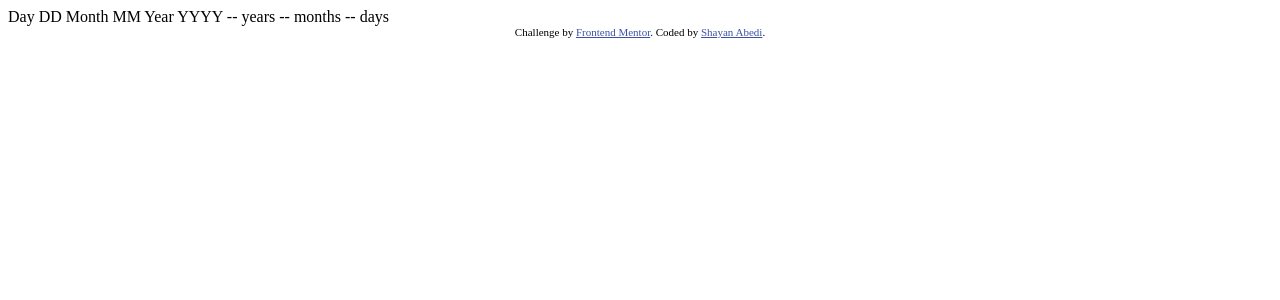
Repository: shayanabedi98/age-calculator
Page: index.html
An editor plug-in stored every save of this project. The page is shown before and after the next save, followed by the edit.
The browser window is 1280 px wide. The pictures show the whole page.

Above is the page before, as saved 2023-09-18 18:22:52.

After the next save:
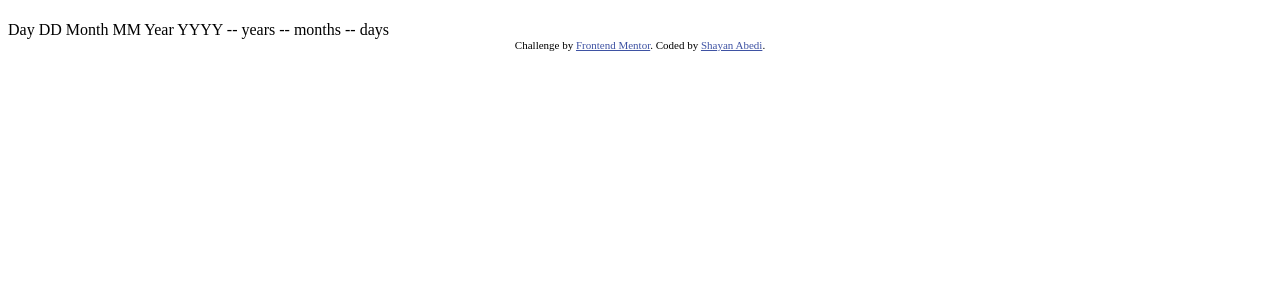
Saved 30 s later.
--- a/index.html
+++ b/index.html
@@ -9,7 +9,7 @@
   <title>Frontend Mentor | Age calculator app</title>
 </head>
 <body>
-
+  <h1></h1>
   Day
   DD
 
